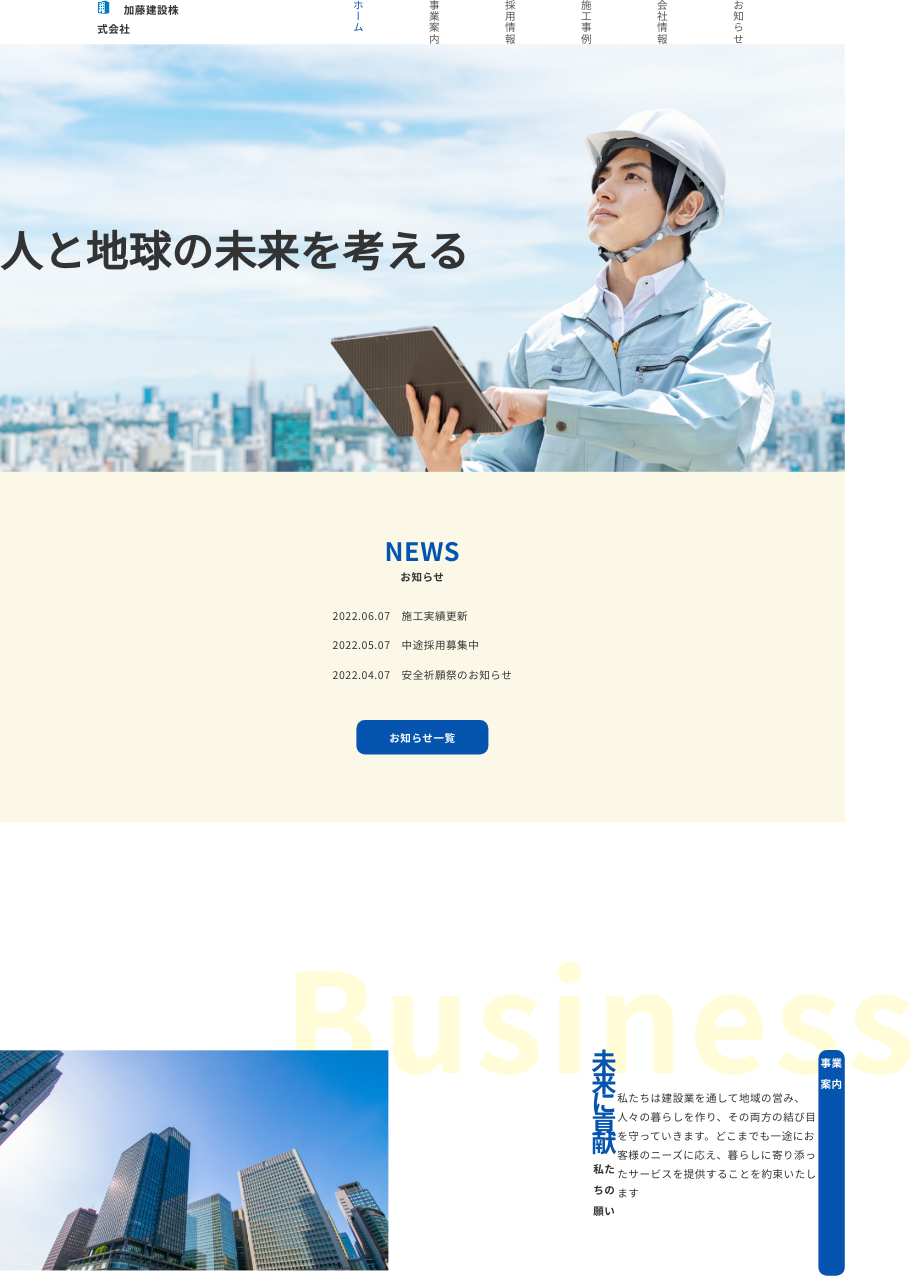
Repository: nozomi-23/hp1_test
Page: index.html
The author's editor kept a copy of each file at every save. The page is drawn from the files as they stood at one save, then again after a run of saves.
The browser window is 1280 px wide. The page is 1395 px wide, so the pictures cover 1395 px, including what lies to the right of the window. The pictures show the whole page, at 66% of full size.

Above is the page before, as saved 2022-06-12 15:11:11.

After the next 3 saves:
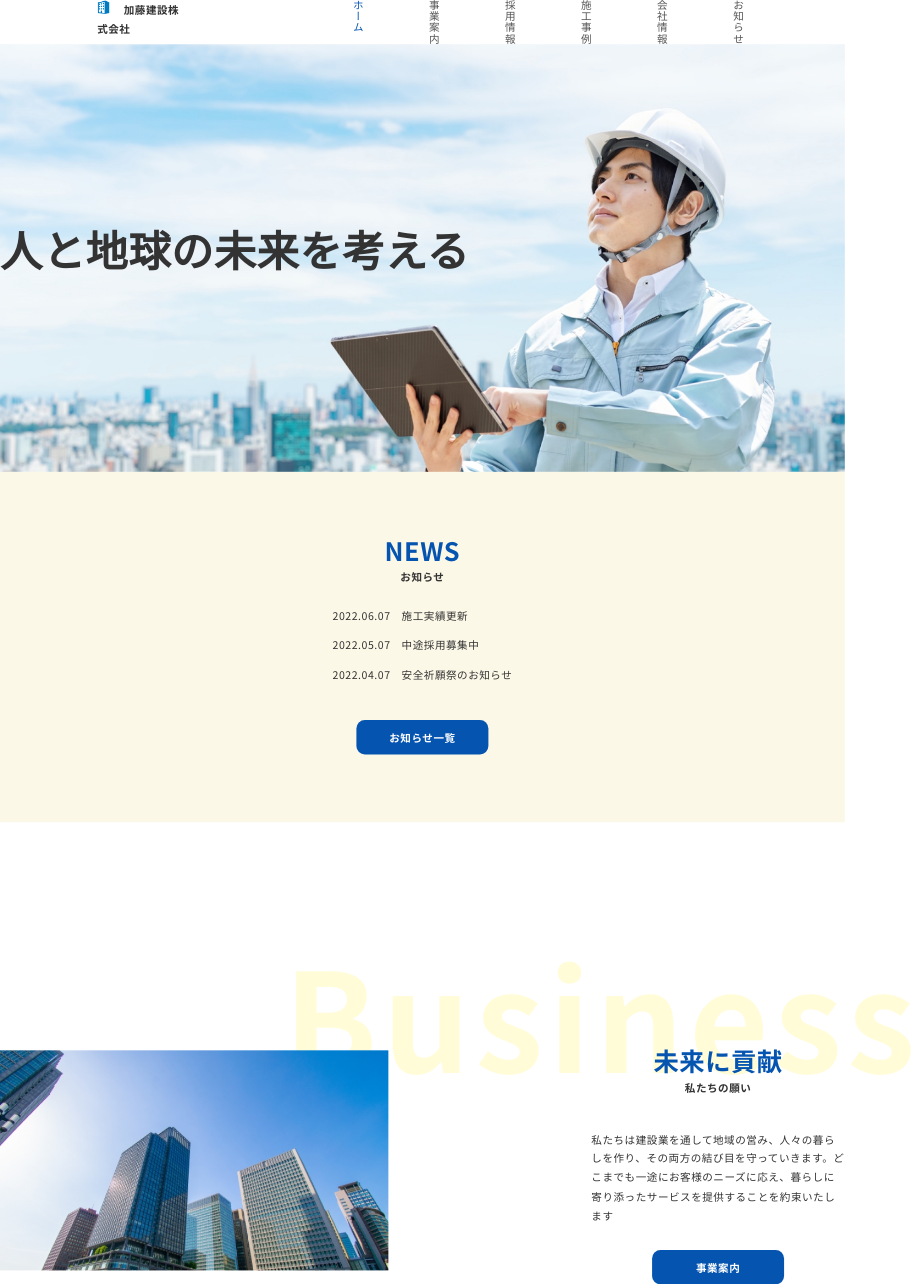
The 3 saves are shown as one change because they came seconds apart.
The last was saved 25 s later.
--- a/css/index.css
+++ b/css/index.css
@@ -102,7 +102,7 @@
 .business_block_2 {
   width: 30%;
   display: flex;
-  j
+  flex-direction: column;
 }
 
 .business_block_2 p {

After the 5 saves that followed:
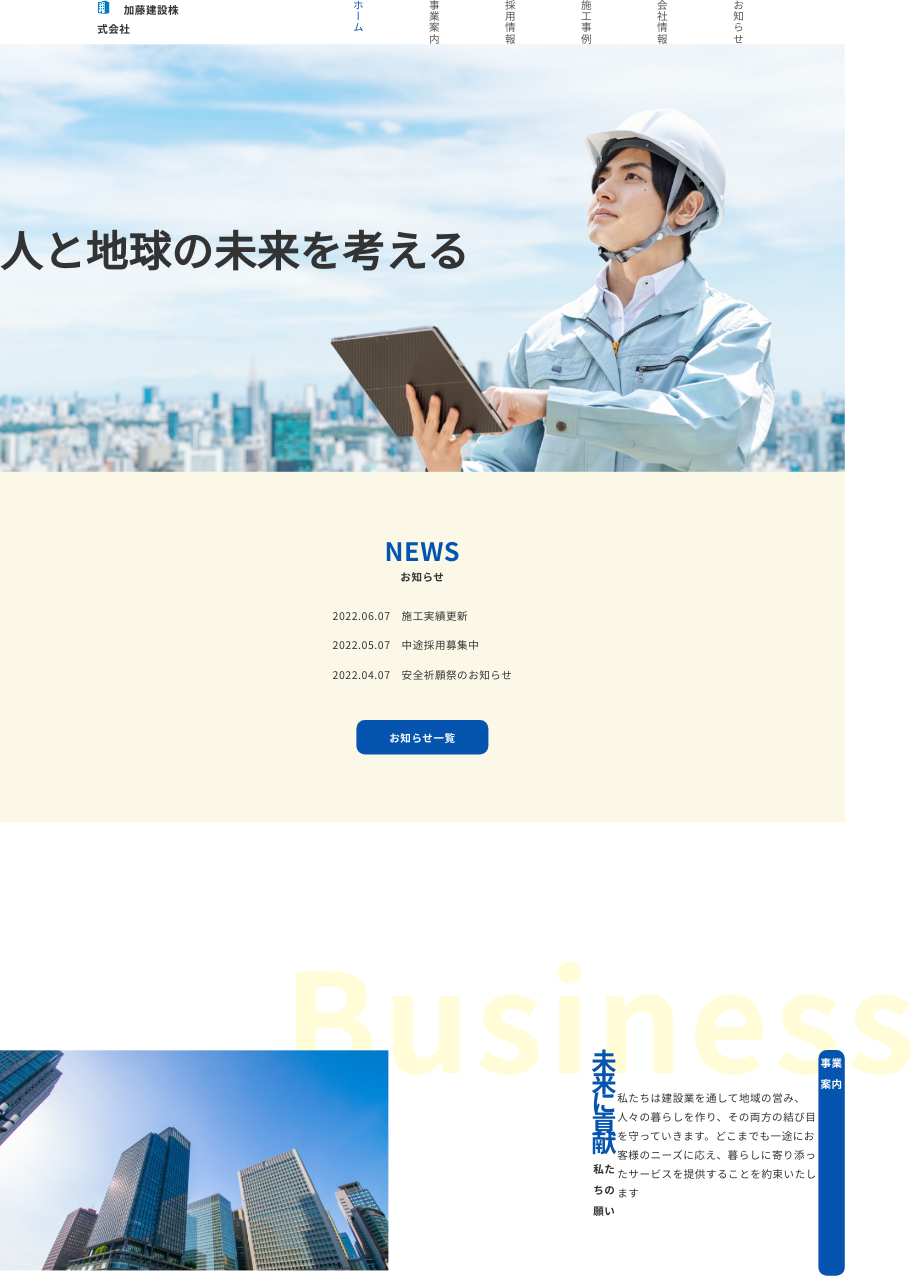
The 5 saves are shown as one change because 4 left the picture as it was.
The last was saved 110 s later.
--- a/css/index.css
+++ b/css/index.css
@@ -102,7 +102,6 @@
 .business_block_2 {
   width: 30%;
   display: flex;
-  flex-direction: column;
 }
 
 .business_block_2 p {
